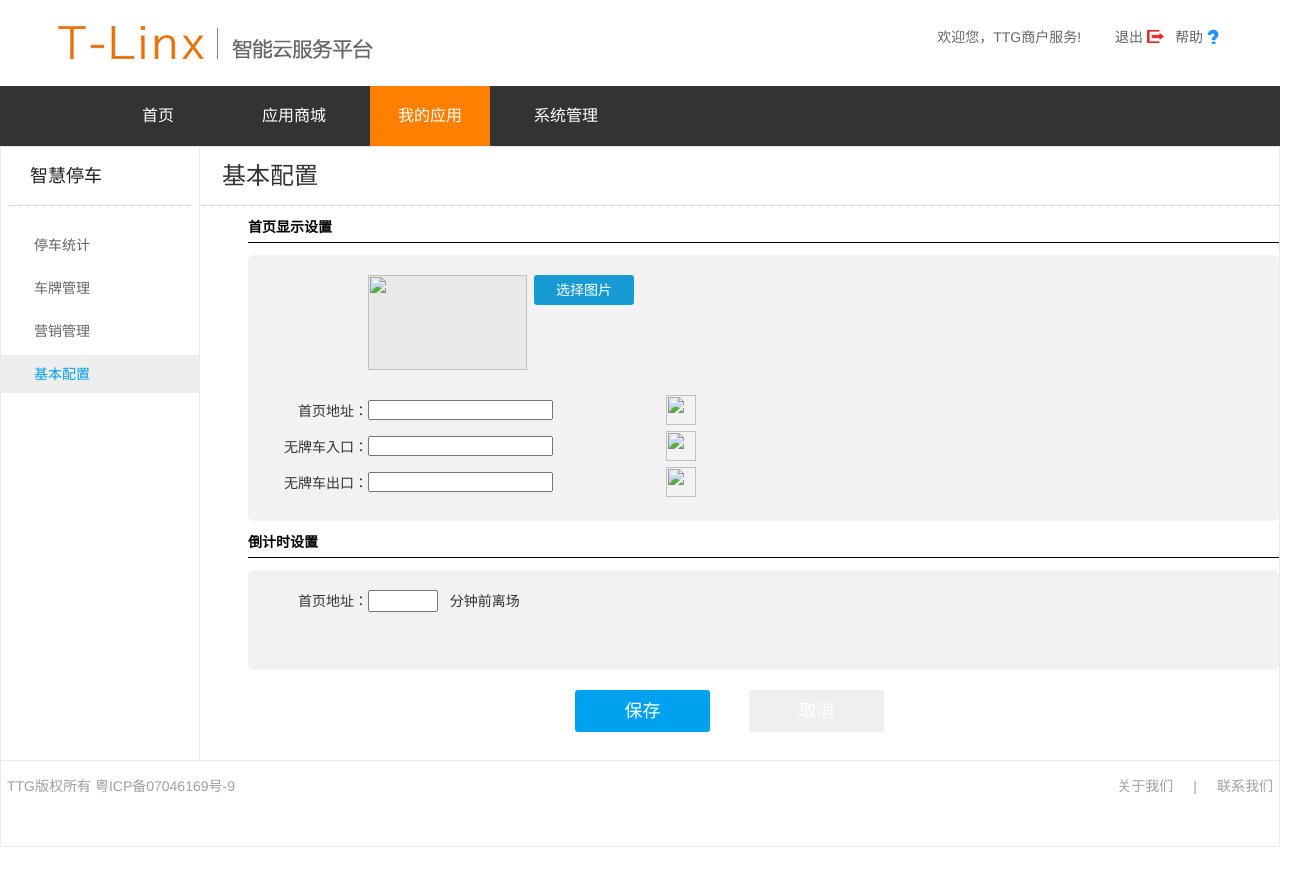
Repository: Keori/ParkCar
Page: admin/商户云/智慧停车/Basic.html
The author's editor kept a copy of each file at every save. The page is drawn from the files as they stood at one save, then again after the next save.
The browser window is 1280 px wide. The page is 1293 px wide, so the pictures cover 1293 px, including what lies to the right of the window. The pictures show the whole page.
The page's requests for data from a server got no answer.

Above is the page before, as saved 2018-12-24 11:17:28.

After the next save:
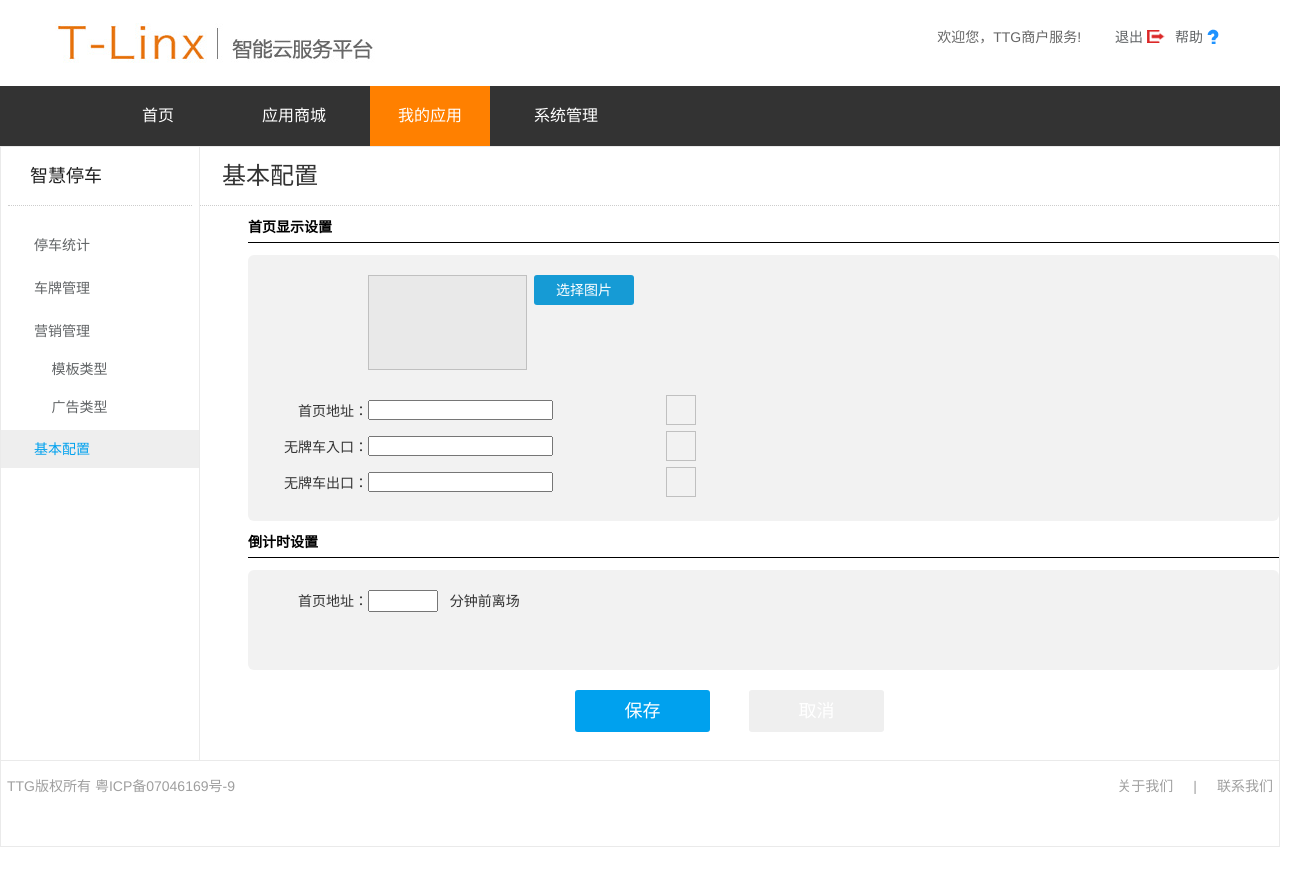
Console error: SyntaxError: Invalid or unexpected token
Saved 97 s later.
--- a/admin/商户云/智慧停车/Basic.html
+++ b/admin/商户云/智慧停车/Basic.html
@@ -313,19 +313,33 @@
                 this.UserDetails = params.data
                 // console.log(this.UserDetails);
                 //工具接口SHOWQRCODE
-                $.ajax({
-                    url: 'http://q214e81040.iask.in:32642/sys/util/showqrcode',
-                    type: 'get',
-                    contentType: 'application/json;charset=uft-8',
-                    statusCode:{
-                        404:() => {
-                            alert('网络错误')
-                        }
-                    },
-                    success:(params) => {
-                        this.QRcode = params
+                // $.ajax({
+                //     url: 'http://q214e81040.iask.in:32642/sys/util/showqrcode',
+                //     type: 'get',
+                //     contentType: 'application/json;charset=uft-8',
+                //     statusCode:{
+                //         404:() => {
+                //             alert('网络错误')
+                //         }
+                //     },
+                //     success:(params) => {
+                //         this.QRcode = params
+                //     }
+                // })
+                let data1 = JSON.stringify({"filename":that.Img})
+                //工具接口SHOWQRCODE
+                var url = 'http://q214e81040.iask.in:32642/sys/util/showqrcode;
+                var xhr = new XMLHttpRequest();
+                xhr.open('post', url, true);
+                xhr.responseType = "blob";
+                xhr.setRequestHeader("Content-type","application/json;charset=UTF-8");
+                xhr.onload = function() {
+                    if (this.status == 200) {
+                        var blob = this.response;
+                        that.InfoUpdate.Imgshow= window.URL.createObjectURL(blob)
                     }
-                })
+                }
+                xhr.send(data1);
             }
         })
     }

After the save that followed:
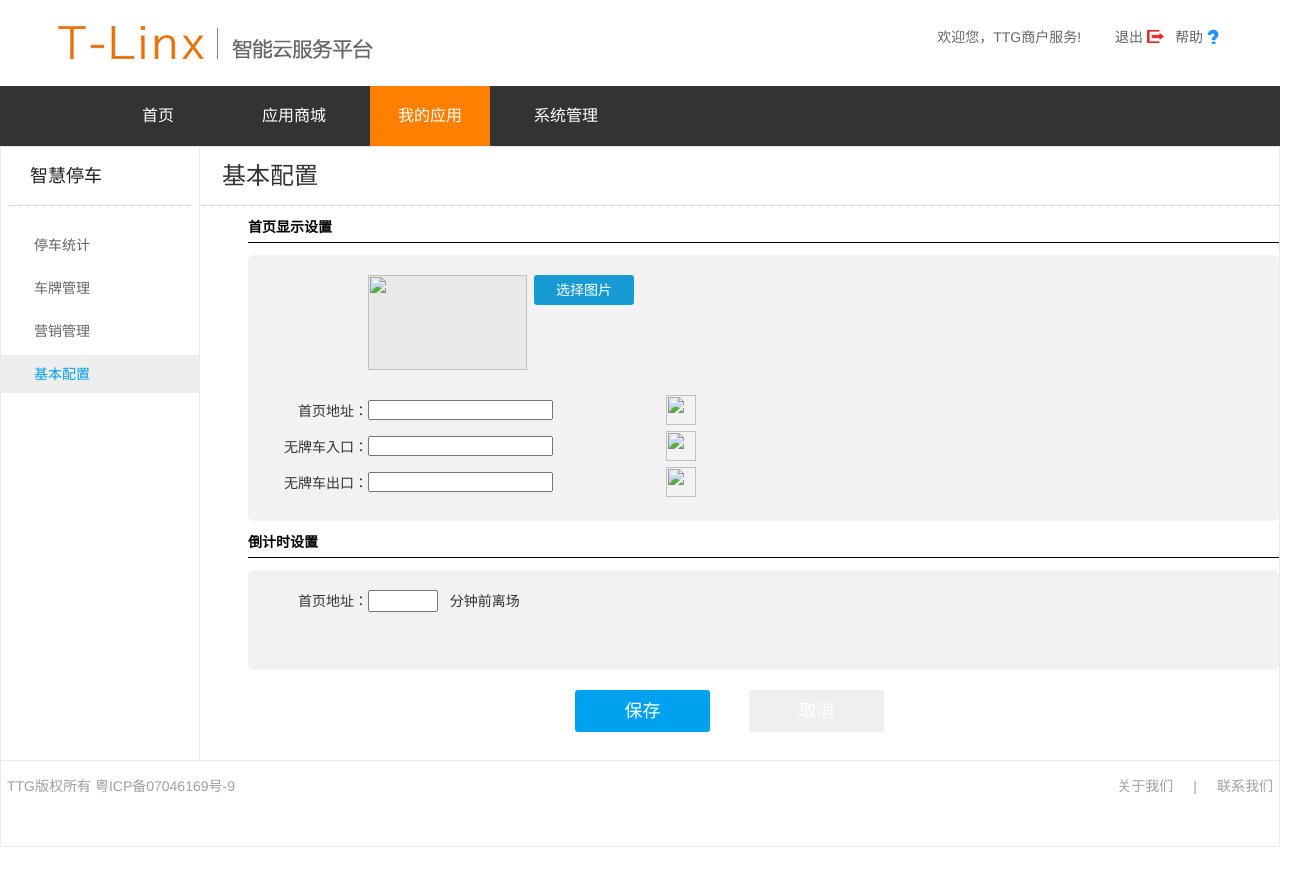
The error is gone.
Saved 22 s later.
--- a/admin/商户云/智慧停车/Basic.html
+++ b/admin/商户云/智慧停车/Basic.html
@@ -328,7 +328,7 @@
                 // })
                 let data1 = JSON.stringify({"filename":that.Img})
                 //工具接口SHOWQRCODE
-                var url = 'http://q214e81040.iask.in:32642/sys/util/showqrcode;
+                var url = 'http://q214e81040.iask.in:32642/sys/util/showqrcode';
                 var xhr = new XMLHttpRequest();
                 xhr.open('post', url, true);
                 xhr.responseType = "blob";
